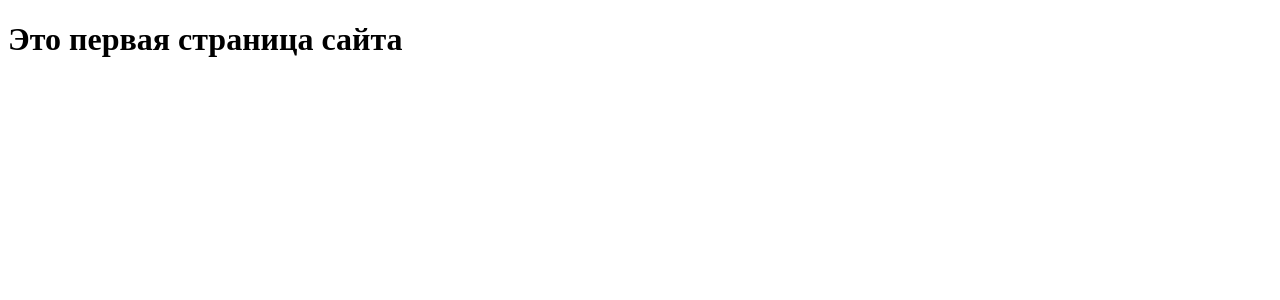
Repository: vazart-dude/EmotionMap
Page: основа.html
These files come from the project's save history. The page is drawn as it stood at one moment and after the next save; the edit follows.
The browser window is 1280 px wide. The pictures show the whole page.

Above is the page before, as saved 2025-04-28 21:33:08.

After the next save:
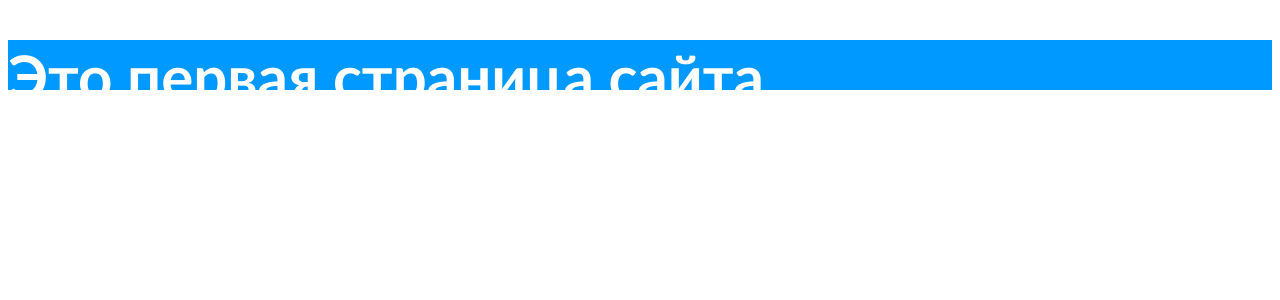
Saved 9 s later.
--- a/static/css.css
+++ b/static/css.css
@@ -1,4 +1,4 @@
-.header{
+header{
     height:50px;
     width:100%;
     background-color:#0099FF;
